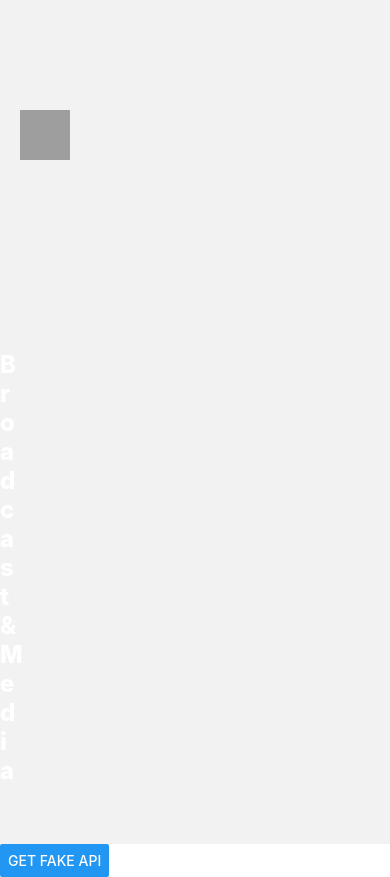
Repository: BCIT-Rooty/rooty-expo
Screen: /BroadcastMedia
These files come from the project's save history. The screen is drawn as it stood at one moment and after the next save; the edit follows.
Pictures or frames that could not be fetched are drawn as grey boxes. The app was drawn by React Native's web renderer in a window 390 px wide. The project was rebuilt for these pictures with package versions that can differ from the ones it lists, and the page was loaded fresh each time. Also part of the build but not shown: components/text.js, components/postCard.js, screens/Computing.js, screens/Marketing.js, screens/BusinessFinance.js, screens/DigitalArtsDesign.js, screens/Tutoring.js.

Above is the screen before, as saved 2022-12-11 18:45:43.

### App.js
import { NavigationContainer } from '@react-navigation/native';
import { createNativeStackNavigator } from '@react-navigation/native-stack';
import Home from './screens/Home';
import BroadcastMedia from './screens/BroadcastMedia'
import Computing from './screens/Computing'
import Marketing from './screens/Marketing'
import BusinessFinance from './screens/BusinessFinance'
import DigitalArtsDesign from './screens/DigitalArtsDesign'
import Tutoring from './screens/Tutoring'

const Stack = createNativeStackNavigator();

export default function App() {
  return (
    <NavigationContainer>
      <Stack.Navigator>
        <Stack.Screen options={{headerShown: false}} name="Home" component={Home} />
        <Stack.Screen options={{headerShown: false}} name="BroadcastMedia" component={BroadcastMedia} />
        <Stack.Screen options={{headerShown: false}} name="Computing" component={Computing} />
        <Stack.Screen options={{headerShown: false}} name="Marketing" component={Marketing} />
        <Stack.Screen options={{headerShown: false}} name="BusinessFinance" component={BusinessFinance} />
        <Stack.Screen options={{headerShown: false}} name="DigitalArtsDesign" component={DigitalArtsDesign} />
        <Stack.Screen options={{headerShown: false}} name="Tutoring" component={Tutoring} />
      </Stack.Navigator>
    </NavigationContainer>
  );
}

### screens/Home.js
import { StatusBar } from 'expo-status-bar';
import { StyleSheet, Text, View } from 'react-native';
import styled from 'styled-components/native';
import { useState } from 'react';
import { FlexBox } from '../components/flexbox';
import TextBox from '../components/text';
import CategoryCard from '../components/categoryCard';
import { useNavigation } from '@react-navigation/native'

export default function Home() {
  const [listOfCategories, setListOfCategories] = useState([
    { id: "BroadcastMedia", name: "Broadcast & Media", image:"https://starbooks.ca/wk06website/wp-content/uploads/2022/12/broadcast-500x500.png" },
    { id: "Computing", name: "Computing", image:"https://starbooks.ca/wk06website/wp-content/uploads/2022/12/programming-Small.jpeg" },
    { id: "Marketing", name: "Marketing", image:"https://starbooks.ca/wk06website/wp-content/uploads/2022/12/marketing-500x500.png" },
    { id: "BusinessFinance", name: "Business & Finance", image:"https://starbooks.ca/wk06website/wp-content/uploads/2022/12/business-Small.jpeg" },
    { id: "DigitalArtsDesign", name: "Digital Arts & Design", image:"https://starbooks.ca/wk06website/wp-content/uploads/2022/12/digitalarts-Small.jpeg" },
    { id: "Tutoring", name: "Tutoring", image:"https://starbooks.ca/wk06website/wp-content/uploads/2022/12/tutoring-Small.jpeg" },
  ]);
    const  navigation = useNavigation()

    const SendRoute = (catId) => {
      navigation.navigate(catId)
      console.log("Hello")
    }


  return (
     <View style={{borderWidth:0, width:"100%", padding:"20px", height:"100%", backgroundColor:"#F8F6F2"}}>
          <View style={{width:"100%", justifyContent:"start", alignItems:"flex-start", paddingTop:50, paddingRight:0, paddingLeft:20, minHeight:90, borderBottomWidth: 1, borderBottomColor: 'grey', marginBottom:20}}>
            <Text style={{fontSize:20, fontWeight:"700"}}>Search</Text>
          </View>
          <View style={{flexWrap:"wrap", flexDirection:"row", borderWidth:"0px", display:"flex", justifyContent:"center"}} >
          {listOfCategories.map((category) => (
              <CategoryCard key={category.id} onPress={()=>{SendRoute(category.id)}} name={category.name} image={category.image}></CategoryCard>

            ))
          }
          </View>
      </View>
  );
}

### screens/BroadcastMedia.js
import { StatusBar } from 'expo-status-bar';
import { StyleSheet, Text, View, Button, KeyboardAvoidingView, ScrollView, Image } from 'react-native';
import styled from 'styled-components/native';
import { useState } from 'react';
import { FlexBox } from '../components/flexbox';
import TextBox from '../components/text';
import CategoryCard from '../components/categoryCard';
import { useNavigation } from '@react-navigation/native'
import PostCard from '../components/postCard';
import BackButton from '../components/backButton';
import axios from 'axios';
import HeaderCat from '../components/headerCat';

export default function BroadcastMedia() {
    const  navigation = useNavigation()
    const hey = () => {
      navigation.navigate('Home')
    }
    const [go, setGo] = useState("ok")
    const [number, setNumber] = useState("")
    const [cards, setCards] = useState([]);
    const [toast, showToast] = useState("blue")
    const [toastText, showToastText] = useState("Enter a number")
    const [loading, setLoading] = useState(false)

    const GetAPICards = () => {
      // await means please wait for the line to finish before moving onto the next line

      //.then .catch
      setGo("ok")
      setLoading(true)
      // await axios.get("https://fakerapi.it/api/v1/images?_quantity=10")
      axios.get("https://fakerapi.it/api/v1/products?_price_max=120&_quantity=6&_price_min=40&_type=architecture")
              .then((result)=>{
                  setGo(true)
                  setCards([
                    ...result.data.data
                  ])
                  showToast("green")
                  showToastText("Successfully retrieved data!")
                  console.log(result.data.data)
              })
              .catch((error)=>{
                  // setGo(false)
                  // showToastText("Failed getting data")
                  // showToast("red")
                  console.log(error.message)
              })
      // setLoading(false)

    }


  return (
    <KeyboardAvoidingView behaviour="padding" style={{display:"flex", justifyContent:"start", alignItems:"start", height:"100%", paddingTop: 50}}>
     <HeaderCat></HeaderCat>
    <Button onPress={() => GetAPICards()} title="Get Fake API"/>
    <ScrollView contentContainerStyle={{display:"flex", justifyContent:"start", alignItems:"center",}} style={{marginTop:50, width:"100%",}}>
        {go === true && cards.map((o,i)=>(
          <View key={i} style={{marginBottom:30}}>
            <PostCard url={o.image} title={o.name} description={o.price} ratings={o.categories[0] + "/10 Stars"}/>
          </View>
        ))}
    </ScrollView>
</KeyboardAvoidingView>
  );
}

### components/flexbox.js
import styled from 'styled-components/native'

export const FlexBox = styled.View`
    display:flex;
    justify-content:${props=>props.justifyContent};
    align-items:${props=>props.alignItems};
    flex-direction:${props=>props.dir};
    flex-wrap: ${props=>props.flexWrap};
    width: ${props=>props.width};
    height: ${props=>props.height};
    background-color: ${props=>props.bgColor};
    padding: ${props=>props.padding || "0px"};
    min-height: ${props=>props.minHeight};
    max-height: ${props=>props.maxHeight};
    background-image: ${props=>props.linearGradient}, url(${props=>props.bgImage});
    background-position: ${props=>props.bgPosition};
    background-size: ${props=>props.bgSize};
    border-radius:${props=>props.borderRadius};
    filter: ${props=>props.filter};
    border: ${props=>props.border};
    position: ${props=>props.position};
    top: ${props=>props.top};
    left:${props=>props.left};
    bottom: ${props=>props.bottom};
    border-bottom-style: ${props=>props.borderBottom};
    border-top: ${props=>props.topBorder};
    border-bottom: ${props=>props.bottomBorder};
    color: ${props=>props.color};
    cursor: ${props=>props.cursor};
    max-width: ${props=>props.maxWidth};
    min-width: ${props=>props.minWidth};
    overflow-y: ${props=>props.overflowY};
    overflow-anchor: ${props=>props.overflowA}
`;

### components/categoryCard.js
import { FlexBox } from "./flexbox"
import { Image, Pressable, Text } from "react-native"


export default function CategoryCard({
    key,
    name,
    image,
    onPress=()=>{}
}) {

    return (
      <Pressable key={key} onPress={onPress} style={{marginHorizontal:10,marginVertical: 15, shadowOffset:{width:0, height:5}, shadowOpacity:0.4, shadowRadius:5}}>
          <FlexBox dir="column" style={{width:155, height:140, borderRadius:5, borderWidth:0, alignItems:"flex-end", justifyContent:"flex-end"}}>
            <Image style={{width:"100%", height:"87%"}} borderTopLeftRadius="5pt" borderTopRightRadius="5pt"source={{uri:image}}></Image>
            <FlexBox border="0" height="49pt" width="100%" borderBottomEndRadius="5pt" borderBottomLeftRadius="5pt" bgColor="white" justifyContent="start" padding="5%">
                <Text size="16px" weight="bold" align="left" borderRadius="15px">{name}</Text>
            </FlexBox>
        </FlexBox>
      </Pressable>
    )
  };

### components/backButton.js
import { FlexBox } from "./flexbox"
import { Image, Pressable, Text, View } from "react-native"


export default function BackButton({
    onPress = () => {},
    style
}) {

    return (
        <Pressable onPress={onPress} style={style}>
            <View style={{width:50, height:50, borderRadius:25, backgroundColor:"white"}}></View>
            <Image style={{width:50, height:50, position:"absolute"}} source={{uri:"https://cdn-icons-png.flaticon.com/512/93/93634.png"}}></Image>
        </Pressable>
    )
  };

### components/headerCat.js
import { StatusBar } from 'expo-status-bar';
import { StyleSheet, Text, View, Button, KeyboardAvoidingView, ScrollView, Image } from 'react-native';
import styled from 'styled-components/native';
import { useState } from 'react';
import { FlexBox } from '../components/flexbox';
import TextBox from '../components/text';
import CategoryCard from '../components/categoryCard';
import { useNavigation } from '@react-navigation/native'
import PostCard from '../components/postCard';
import BackButton from '../components/backButton';
import axios from 'axios';

export default function HeaderCat() {
    const  navigation = useNavigation()
    const hey = () => {
      navigation.navigate('Home')
    }



  return (
    <View style={{display:"flex", justifyContent:"start", alignItems:"start", height:"100%"}}>
      <Image style={{width:"100%", height:300}} source={{uri:"https://starbooks.ca/wk06website/wp-content/uploads/2022/12/broadcast-500x500.png"}}></Image>
      <View style={{width:"100%", height:300, backgroundColor:"rgba(79, 77, 176, 0.7)", position:"absolute", top: 50}}></View>
      <BackButton style={{position:"absolute", top:60, left:20}} onPress={hey}></BackButton>
      <Text style={{position:"absolute", top:300, fontSize:24, color:"white", fontWeight:"800", width:"100%", textAlign:"center"}}>Broadcast & Media</Text>
    </View>
  );
}

After the next save:
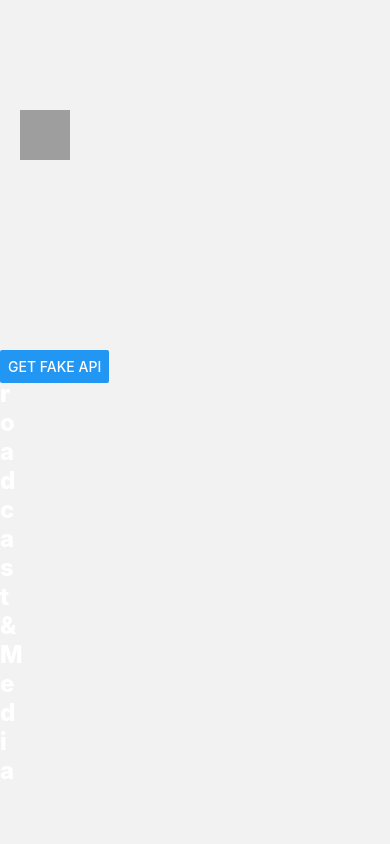
Saved 13 s later.
--- a/components/headerCat.js
+++ b/components/headerCat.js
@@ -19,7 +19,7 @@ export default function HeaderCat() {
 
 
   return (
-    <View style={{display:"flex", justifyContent:"start", alignItems:"start", height:"100%"}}>
+    <View style={{display:"flex", justifyContent:"start", alignItems:"start", height:300}}>
       <Image style={{width:"100%", height:300}} source={{uri:"https://starbooks.ca/wk06website/wp-content/uploads/2022/12/broadcast-500x500.png"}}></Image>
       <View style={{width:"100%", height:300, backgroundColor:"rgba(79, 77, 176, 0.7)", position:"absolute", top: 50}}></View>
       <BackButton style={{position:"absolute", top:60, left:20}} onPress={hey}></BackButton>
